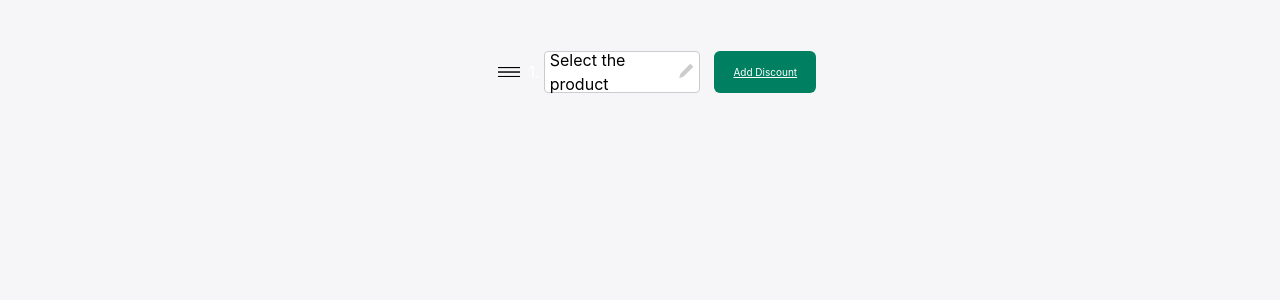
Repository: jassi73/Drag-Drop
Page: /
An editor plug-in stored every save of this project. The page is shown before and after the next save, followed by the edit.
The browser window is 1280 px wide. The pictures show the whole page.
The page's requests for data from a server got no answer. The project was rebuilt for these pictures with package versions that can differ from the ones it lists, and the page was loaded fresh each time. No one was signed in, and anything a server would have sent is missing. Also part of the build but not shown: vite.config.js, src/Components/Options.jsx, src/Components/Product.jsx.

Above is the page before, as saved 2023-04-30 22:44:08.

After the next save:
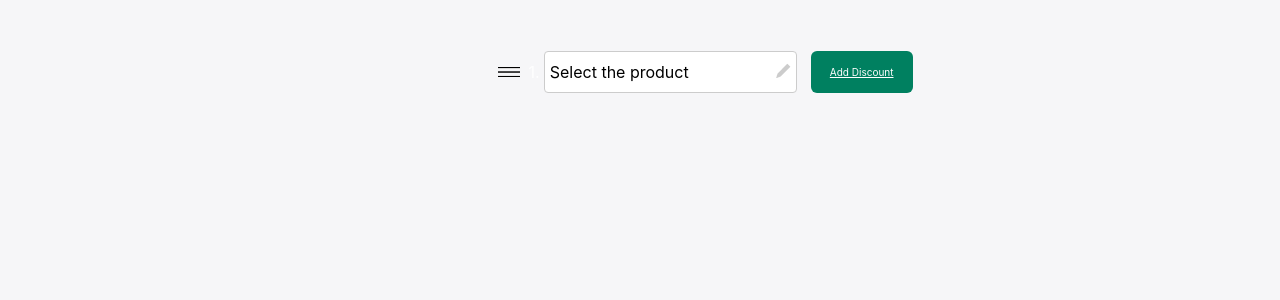
Saved 2 min 22 s later.
--- a/src/index.css
+++ b/src/index.css
@@ -91,7 +91,7 @@ body {
   padding: 0px 5px;
   color: #000;
   height: 40px;
-  width: 60%;
+  width: 100%;
   flex-shrink: 0;
 }
 .showVerit {
